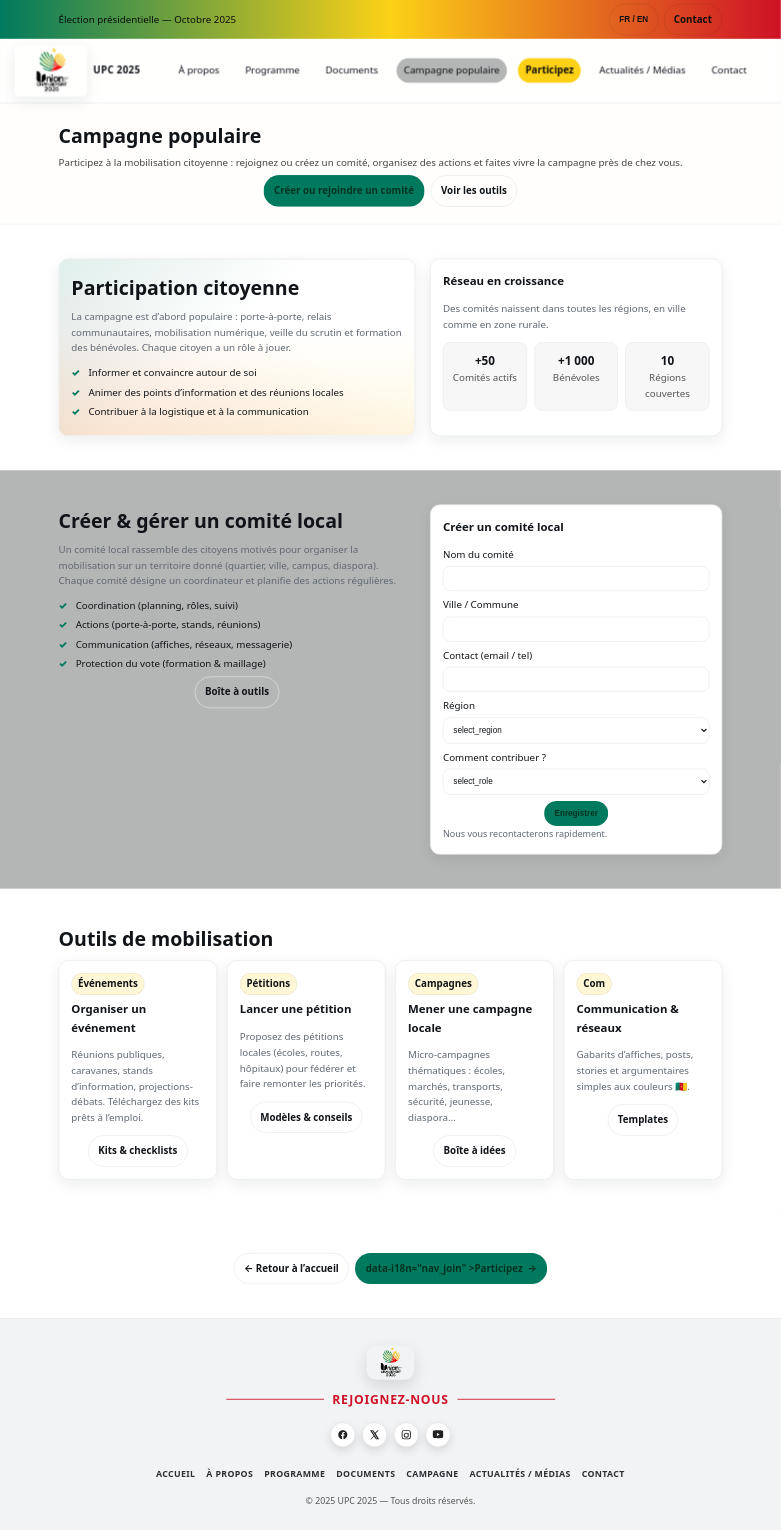
Repository: Kishny/upc2025
Page: campagne-populaire.html
The author's editor kept a copy of each file at every save. The page is drawn from the files as they stood at one save, then again after the next save.
The browser window is 1280 px wide. The pictures show the whole page, at 61% of full size.

Above is the page before, as saved 2025-09-11 12:16:14.

After the next save:
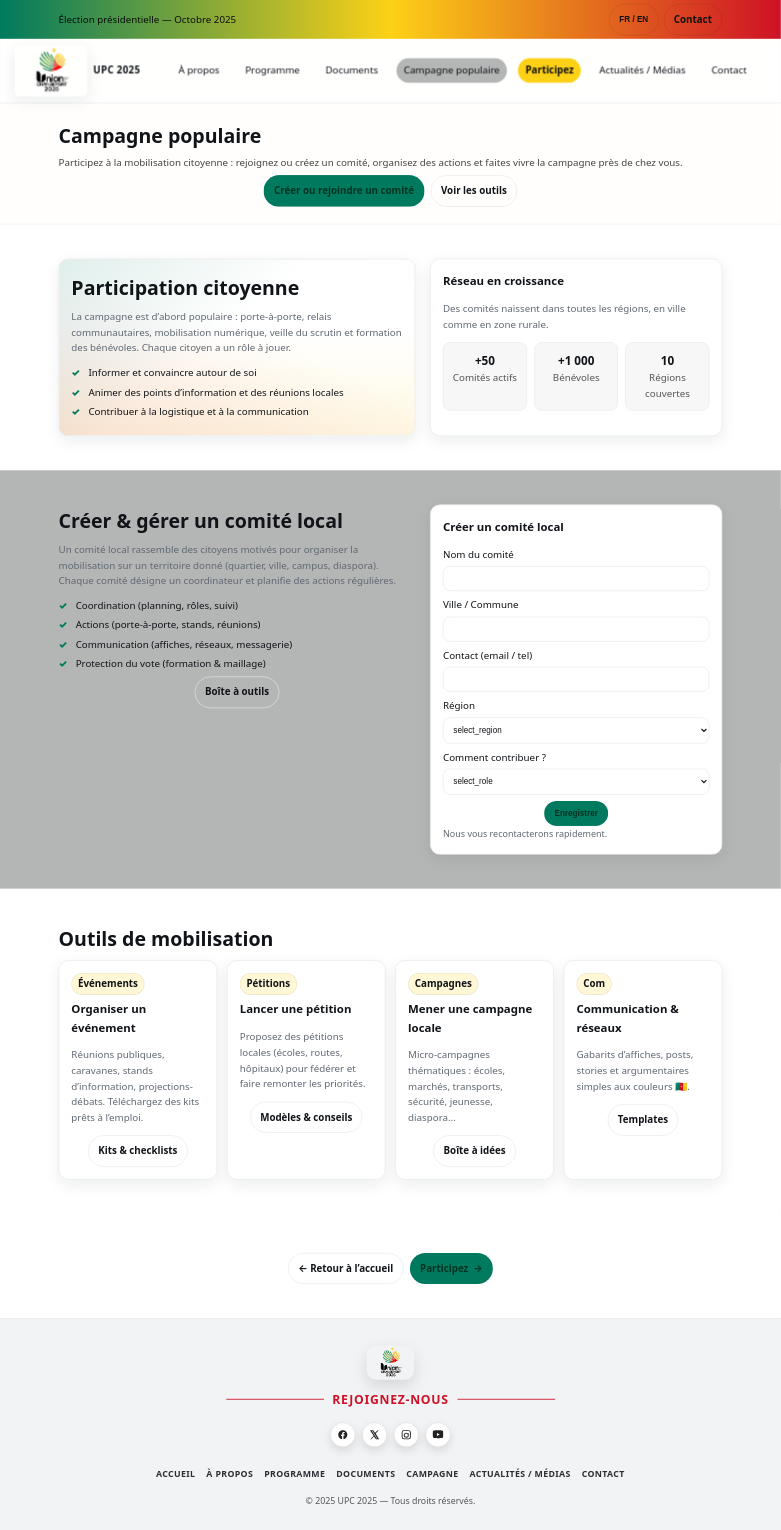
Saved 51 s later.
--- a/campagne-populaire.html
+++ b/campagne-populaire.html
@@ -332,7 +332,7 @@
           >← Retour à l’accueil</a
         >
         <a href="participez.html" class="btn btn--primary"
-          ><span> data-i18n="nav_join" >Participez</span> →
+          ><span data-i18n="nav_join">Participez</span> →
         </a>
       </div>
     </section>
